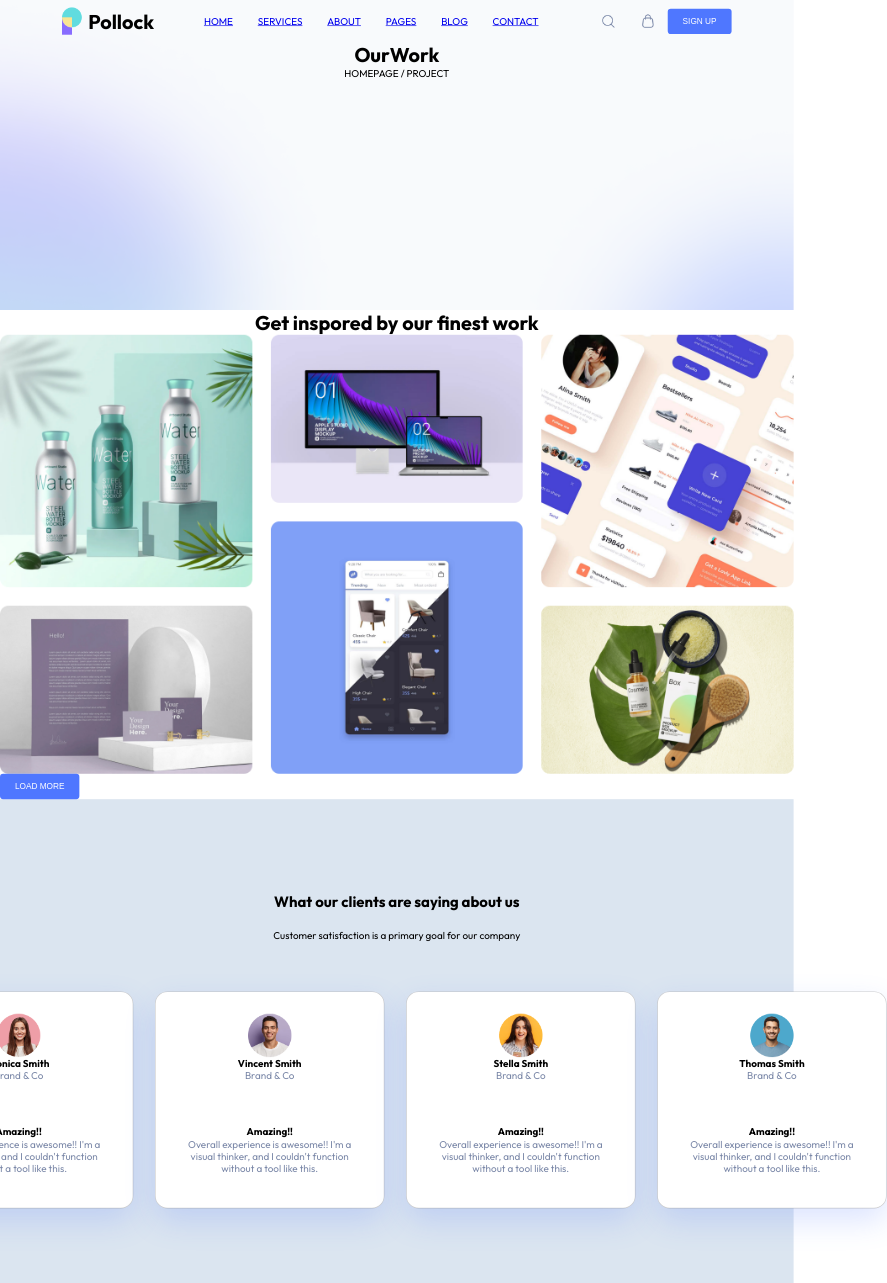
Repository: Nam936/exercises
Page: index.html
An editor plug-in stored every save of this project. The page is shown before and after the next save, followed by the edit.
The browser window is 1280 px wide. The page is 1430 px wide, so the pictures cover 1430 px, including what lies to the right of the window. The pictures show the whole page, at 62% of full size.

Above is the page before, as saved 2022-12-30 15:05:21.

### index.html
<!DOCTYPE html>
<html lang="en">

<head>
    <meta charset="UTF-8">
    <meta http-equiv="X-UA-Compatible" content="IE=edge">
    <meta name="viewport" content="width=device-width, initial-scale=1.0">
    <title>Pollock</title>
    <link href="https://fonts.googleapis.com/css2?family=Outfit:wght@400;500;600;700&display=swap" rel="stylesheet">
    <link rel="stylesheet" href="style.css">
</head>

<body>
    <div id="wrap">
        <div class="bg_header">
            <div class="container">
                <div class="header">
                    <div class="menu_header">
                        <h1 class="logo">
                            <img src="/img/Frame_header.png" alt="logo">
                            <p class="txt_header">Pollock</p>
                        </h1>
                        <div class="lst_header">
                            <ul>
                                <li><a href="#">HOME</a></li>
                                <li><a href="#">SERVICES</a></li>
                                <li><a href="#">ABOUT</a></li>
                                <li><a href="#">PAGES</a></li>
                                <li><a href="#">BLOG</a></li>
                                <li><a href="#">CONTACT</a></li>
                            </ul>
                        </div>
                        <div class="icon_header">
                            <img class="search" src="/img/Iconex/Search_header.png" alt="">
                            <img class="cart" src="/img/Iconex/Bag_header.png" alt="">
                            <button>SIGN UP</button>
                        </div>
                    </div>
                </div>
                <div class="txt_ct">
                    <h1>OurWork</h1>
                    <p>HOMEPAGE / PROJECT</p>
                </div>
            </div>
        </div>
    </div>
    <div class="main">
        <div class="tit_main">
            <h1>Get inspored by our finest work</h1>
        </div>
        <div class="prod_main">
            <div class="prod_itm">
                <img src="/img/main_img/1.png " alt="">
                <img src="/img/main_img/2.png" alt="">
            </div>
            <div class="prod_itm">
                <img src="/img/main_img/3.png" alt="">
                <img src="/img/main_img/4.png" alt="">
            </div>
            <div class="prod_itm">
                <img src="/img/main_img/5.png" alt="">
                <img src="/img/main_img/6.png" alt="">
            </div>
        </div>
        <div class="button">
            <button>LOAD MORE</button>
        </div>



        <div class="member">
            <div class="head_mem">
                <div class="tit_mem">
                    <h2>What our clients are saying about us</h2>
                    <p>Customer satisfaction is a primary goal for our company</p>
                </div>
                <!-- <div class="scroll"></div> -->
            </div>
            <div class="slide">
                <div class="tag">
                    <div class="tag_itm">
                        <div class="tag_avatar">
                            <div class="tag_cont">
                                <img src="/img/avatar/Avatar.png" alt="">
                                <div class="name_mem">
                                    <span>Monica Smith</span>
                                    <p>Brand & Co</p>
                                </div>
                            </div>
                        </div>
                        <div class="txt">
                            <strong class="tit">Amazing!!</strong>
                            <p>Overall experience is awesome!! I'm a visual thinker, and I couldn't function without a
                                tool like this.</p>
                        </div>
                    </div>
                </div>
                <div class="tag">
                    <div class="itm">
                        <div class="tag_avatar">
                            <div class="tag_cont">
                                <img src="/img/avatar/Avatar2.png" alt="">
                                <div class="name_mem">
                                    <span>Vincent Smith</span>
                                    <p>Brand & Co</p>
                                </div>
                            </div>

                        </div>
                        <div class="txt">
                            <strong class="tit">Amazing!!</strong>
                            <p>Overall experience is awesome!! I'm a visual thinker, and I couldn't function without a
                                tool like this.</p>
                        </div>
                    </div>
                </div>
                <div class="tag">
                    <div class="tag_itm">
                        <div class="tag_avatar">
                            <dv class="tag_cont">
                                <img src="/img/avatar/Avatar3.png" alt="">
                                <div class="name_mem">
                                    <span>Stella Smith</span>
                                    <p>Brand & Co</p>
                                </div>
                            </dv>
                        </div>
                        <div class="txt">
                            <strong class="tit">Amazing!!</strong>
                            <p>Overall experience is awesome!! I'm a visual thinker, and I couldn't function without a
                                tool like this.</p>
                        </div>
                    </div>
                </div>
                <div class="tag">
                    <div class="tag_itm">
                        <div class="tag_avatar">
                            <div class="tag_cont">
                                <img src="/img/avatar/Avatar4.png" alt="">
                                <div class="name_mem">
                                    <span>Thomas Smith</span>
                                    <p>Brand & Co</p>
                                </div>
                            </div>
                        </div>
                        <div class="txt">
                            <strong class="tit">Amazing!!</strong>
                            <p>Overall experience is awesome!! I'm a visual thinker, and I couldn't function without a
                                tool like this.</p>
                        </div>
                    </div>
                </div>
            </div>
        </div>
        <div class="recen_prj">
            <div class="slide_recent"></div>
            <div></div>
        </div>
    </div>

</div>
</body>

</html>

### style.css
* {
    margin: 0;
    padding: 0;
    box-sizing: border-box;
}
body{
    font-family: 'Outfit', sans-serif;
}

.bg_header{
    width: 100%;
    height: 500px;
    background-image: url(/img/Hero_background.png);
}
.container{
    max-width: 1170px;
    margin: 0px auto;
    padding: 0px 15px;
    width: 100%;
}
header{display: flex;}
.menu_header{display: flex;justify-content: space-around;align-items: center;}
.menu_header img{width: 32px; height: 44px;}
.logo {display: flex; align-items: center;}
.txt_header{padding-left: 10px;}
.lst_header ul{display: flex; list-style-type: none;}
.lst_header ul li{margin: 22px 20px;}

.icon_header{display: flex; align-items: center;}
.icon_header img{ width: 24px; height: 24px;}
.cart,.search{margin: 22px 20px;}
button{background-color:#4F77FF; border: 0px; border-radius: 5px; padding:13px 24px; color: #fff;}

.txt_ct{text-align: center;}


/* main_content */
.tit_main{text-align: center;}



/* .prod_main div{margin: 30px;} */

.prod_main{display:flex; gap: 30px;}
img{display: block; width: 100%;}
.prod_itm :first-child{margin-bottom: 30px;}

/* member style */
.member{background:#dbe5f0; width: 100%; height: 781px;}
.head_mem{margin-bottom: 80px;}
.tit_mem{text-align: center; padding-top: 120px;}
h2{margin: 30px;}

/*      */
.slide{display: grid; grid-template-columns: 375px 375px 375px 375px ; justify-content: center; gap: 30px;}
.tag{width: 370px; height: 350px; border: 1px solid rgba(0,0,0,0.2); border-radius: 20px; background: #fff;box-shadow: 0px 20px 50px rgba(79, 119, 255, 0.2); }
.tag_avatar img{ width: 70px; height: 70px; margin: auto;}
.tag_avatar{padding: 35px; text-align: center;}
.name_mem p{color: #7B88A8;}
.name_mem span{font-weight: bold;}
.txt{ text-align: center; padding: 35px;}
.txt p{color: #7B88A8;}

After the next save:
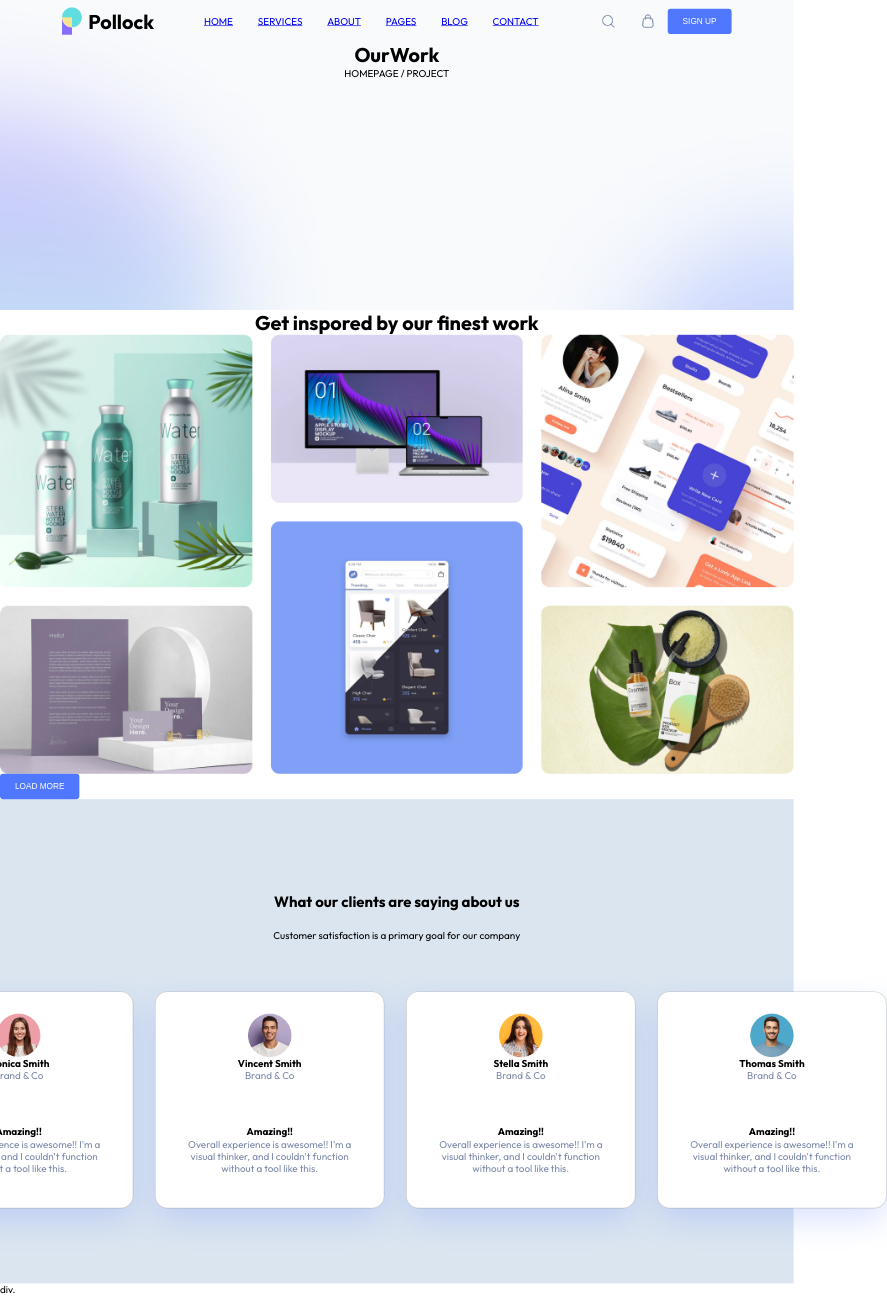
Saved 4 s later.
--- a/index.html
+++ b/index.html
@@ -154,7 +154,7 @@
         </div>
         <div class="recen_prj">
             <div class="slide_recent"></div>
-            <div></div>
+            div.
         </div>
     </div>
 
